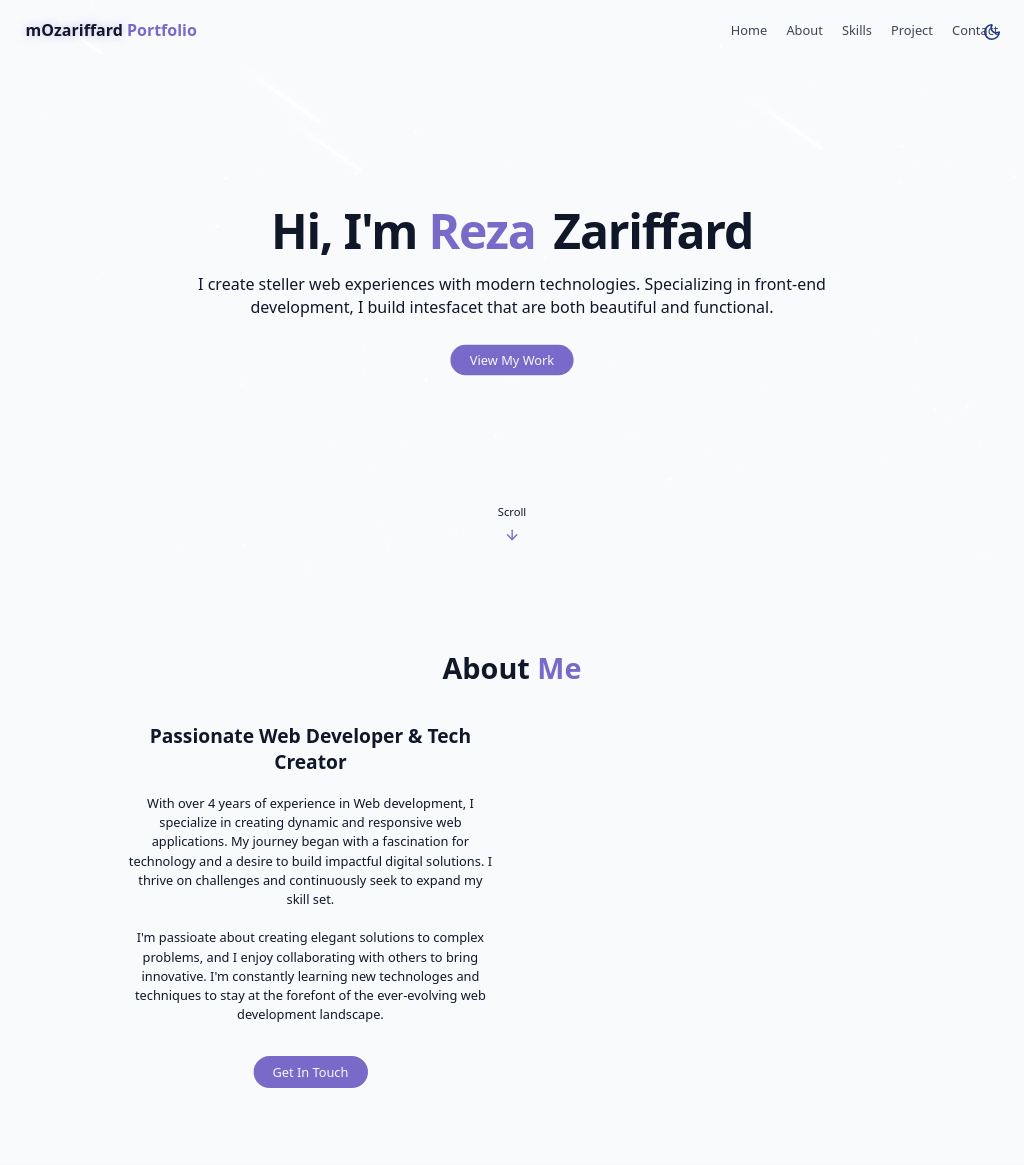
Repository: mOzariffard/Portfolio
Page: /
The author's editor kept a copy of each file at every save. The page is drawn from the files as they stood at one save, then again after the next save.
The browser window is 1280 px wide. The pictures show the whole page, at 80% of full size.
The project was rebuilt for these pictures with package versions that can differ from the ones it lists, and the page was loaded fresh each time. Also part of the build but not shown: vite.config.js, src/pages/NotFound.jsx.

Above is the page before, as saved 2025-06-29 14:51:18.

After the next save:
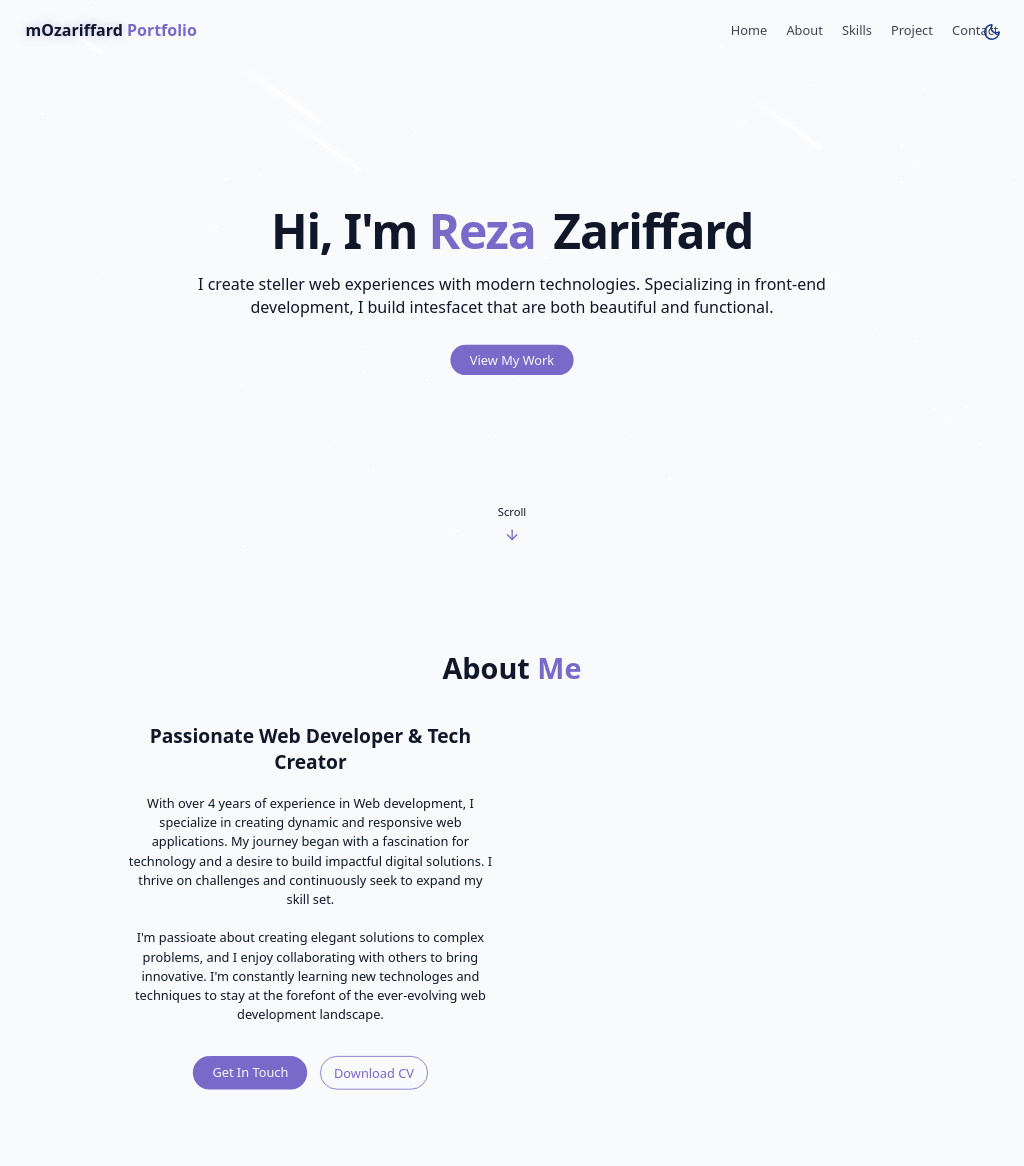
Saved 72 s later.
--- a/src/components/AboutSection.jsx
+++ b/src/components/AboutSection.jsx
@@ -34,7 +34,13 @@ const AboutSection = () => {
           <a href="#contanct" className='cosmic-button'>
             Get In Touch
           </a>
+
+          <a href="" className='px-4 py-2 rounded-full border border-primary text-primary hover:bg-primary hover:text-background transition-colors duration-300'>
+            Download CV
+          </a>
         </div>
+
+
         </div>
 
 
